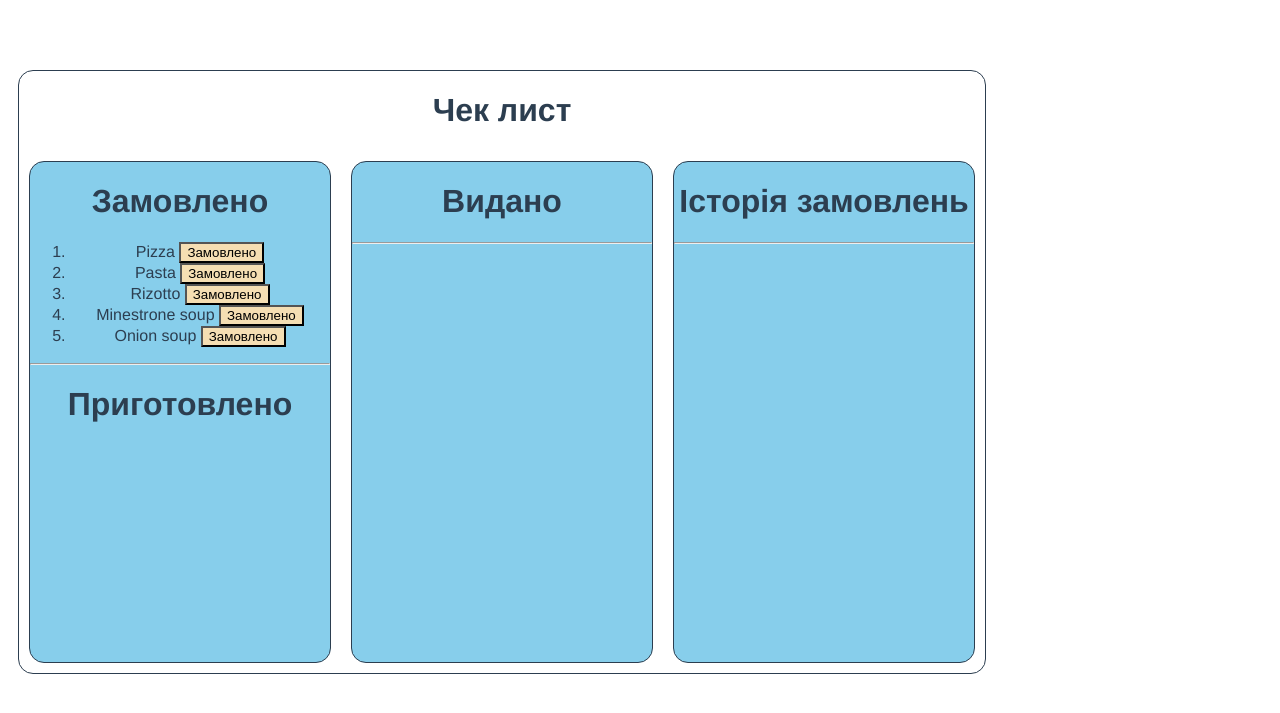
Repository: Salexandraa/HOME_Subotina
Page: / (app in order-list/)
These files come from the project's save history. The page is drawn as it stood at one moment and after the next save; the edit follows.
The browser window is 1280 px wide. The pictures show the whole page.
The project was rebuilt for these pictures with package versions that can differ from the ones it lists, and the page was loaded fresh each time.

Above is the page before, as saved 2020-10-10 16:51:43.

### order-list/src/App.vue
<template>
  <div id="app">
  <!-- <reserved :listDishes= "dishesList"
  title='Замовлено'
  />
  <order-issued title="Видано"/>
  <history title="Історія замовлень"/> -->
  <check-list title="Чек лист"/>
  </div>
</template>

<script>
//import Reserved from "./components/CheckList/Reserved";
//import dishesList from "../settings"
//import OrderIssued from "./components/CheckList/OrderIssued"
//import History from "./components/CheckList/History"
import CheckList from "./components/CheckList"
export default {
  name: "App",
  components: {
    //Reserved,
   //OrderIssued,
    //History,
    CheckList
  },
  data() {
    return {
    //  dishesList
      // dishesList: [
      //   {
      //     id: 1,
      //     name: "Pizza",
      //   },
      //    {
      //     id: 2,
      //     name: "Pasta",
      //   },
      //    {
      //     id:3,
      //     name: "Rizzoto",
      //   },
      //    {
      //     id: 4,
      //     name: "Minestrone soup",
      //   },
      //    {
      //     id:5,
      //     name: "Onion soup",
      //   },
      // ],
    };
  },
};
</script>

<style>
#app {
  font-family: Avenir, Helvetica, Arial, sans-serif;
  -webkit-font-smoothing: antialiased;
  -moz-osx-font-smoothing: grayscale;
  /* text-align: center; */
  color: #2c3e50;
  margin-top: 60px;
}
</style>

### order-list/src/components/CheckList/index.vue
<template>
  <div class="container">
    <div>
      <h1>{{ title }}</h1>
    </div>
    <div>
      <reserved title="Замовлено"
      title2="Приготовлено"
      :listDishes="dishesList"
      :listDishesPrepare="listDishesPrepare"
      @prepare="Prepared"  />

      <order-issued
       title="Видано"
       :listDishes2="dishesList2"
       @issued="Issued"/>

      <history
       title="Історія замовлень"
       :listDishes3="dishesList3" />
    </div>
  </div>
</template>

<script>
import Reserved from "./Reserved";
import OrderIssued from "./OrderIssued";
import History from "./History";
import dishesList from "../../../settings"
export default {
  name: "CheckList",
  components: {
    Reserved,
    OrderIssued,
    History,
  },
  props: {
    title: {
      type: String,
      default: "",
    },
    },
    data() {
        return {
            dishesList,
            listDishesPrepare:[],
            dishesList2: [],
            dishesList3: []
        }
        },
        methods: {
          Prepared(index) {
            this.dishesList2.push(this.listDishesPrepare[index])
          },
           Issued(index) {
             this.dishesList3.push(this.dishesList2[index])
          },


  },
};
</script>

<style lang="css" scoped>
.container {
  border: 1px solid;
  border-radius: 15px;
  text-align: center;
  display: inline-block;
  vertical-align: middle;
  margin: 10px;
}
</style>

### order-list/src/components/CheckList/Reserved/index.vue
<template>
  <div class="container">
    <div>
      <h1>{{ title }}</h1>
    </div>
    <div>
      <ol>
        <li
          v-for="(item, ind) in listDishes"
          :key="ind"
          :v-model="selectedDish"
        >
          {{ item.name }}
          <button class="checkIn" @click="orderDish(selectedDish)">
            Замовлено
          </button>
        </li>
      </ol>
    </div>
    <hr />
    <div>
      <h1>{{ title2 }}</h1>
    </div>
    <div>
      <ol>
        <li v-for="(item, ind) in listDishesPrepare" :key="ind">
          {{ item.name }}
          <button class="checkIn" @click="$emit('prepare', index)">
            Приготовлено
          </button>
        </li>
      </ol>
    </div>
  </div>
</template>

<script>
export default {
  name: "Reserved",
  props: {
    listDishes: {
      type: Array,
      default: () => [],
    },
    listDishesPrepare: {
      type: Array,
      default: () => [],
    },
    title: {
      type: String,
      default: "",
    },
    title2: {
      type: String,
      default: "",
    },
},
//    data() {
//        return {
//            selectedDish: ''
//        }
//    },

    // methods: {
    //   orderDish(dish) {
    //     this.listDishesPrepare.push(dish);
    //   },
    // },

};
</script>

<style lang="css" scoped>
.container {
  width: 300px;
  height: 500px;
  border: 2px solid;
  border-radius: 15px;
  background-color: skyblue;
}
.checkIn {
  background-color: wheat;
}
</style>

### order-list/src/components/CheckList/OrderIssued/index.vue
<template>
  <div class="container">
    <div>
      <h1>{{ title }}</h1>
    </div>
    <div>
      <ol>
        <li v-for="(item , ind) in listDishes2" :key="ind">
          {{item.name}}
          <button class="checkIn" @click="$emit('issued',index)">Видано</button>
        </li>
      </ol>
    </div>
    <hr>
  </div>
</template>

<script>

export default {
  name: "OrderIssued",

  props: {
    title: {
      type: String,
      default: "",
    },
      listDishes2:{
        type:Array,
        default:()=>[]
      }
  },
};
</script>

<style lang="css" scoped>
.container {
  width: 300px;
  height: 500px;
  border: 2px solid;
  border-radius: 15px;
  background-color: skyblue;
}
.checkIn{
    background-color: wheat;
}
</style>

### order-list/src/components/CheckList/History/index.vue
<template>
    <div class="container">
   <div>
      <h1>{{ title }}</h1>
    </div>
    <div>
      <ol>
        <li v-for="(item,ind ) in listDishes3" :key="ind">
          {{item.name}}
        </li>
      </ol>
    </div>

    <hr>
    </div>
</template>

<script>
    export default {
        name: "History",
        props: {
            title: {
                type: String,
                default: ""
            },
             listDishes3: {
                type: Array,
                default: ()=>[]
            },

        },
    }
</script>

<style lang="css" scoped>
.container {
  width: 300px;
  height: 500px;
  border: 2px solid;
  border-radius: 15px;
  background-color: skyblue;
}

</style>

### order-list/settings.js
//export default ["Pizza","Pasta","Rizotto","Minestrone soup","Onion soup"]
export default [
    {
      id: 1,
      name: "Pizza",
    },
     {
      id: 2,
      name: "Pasta",
    },
     {
      id:3,
      name: "Rizotto",
    },
     {
      id: 4,
      name: "Minestrone soup",
    },
     {
      id:5,
      name: "Onion soup",
    }
  ]

Loaded but not shown: order-list/public/index.html (common file); order-list/src/main.js (common file)

After the next save:
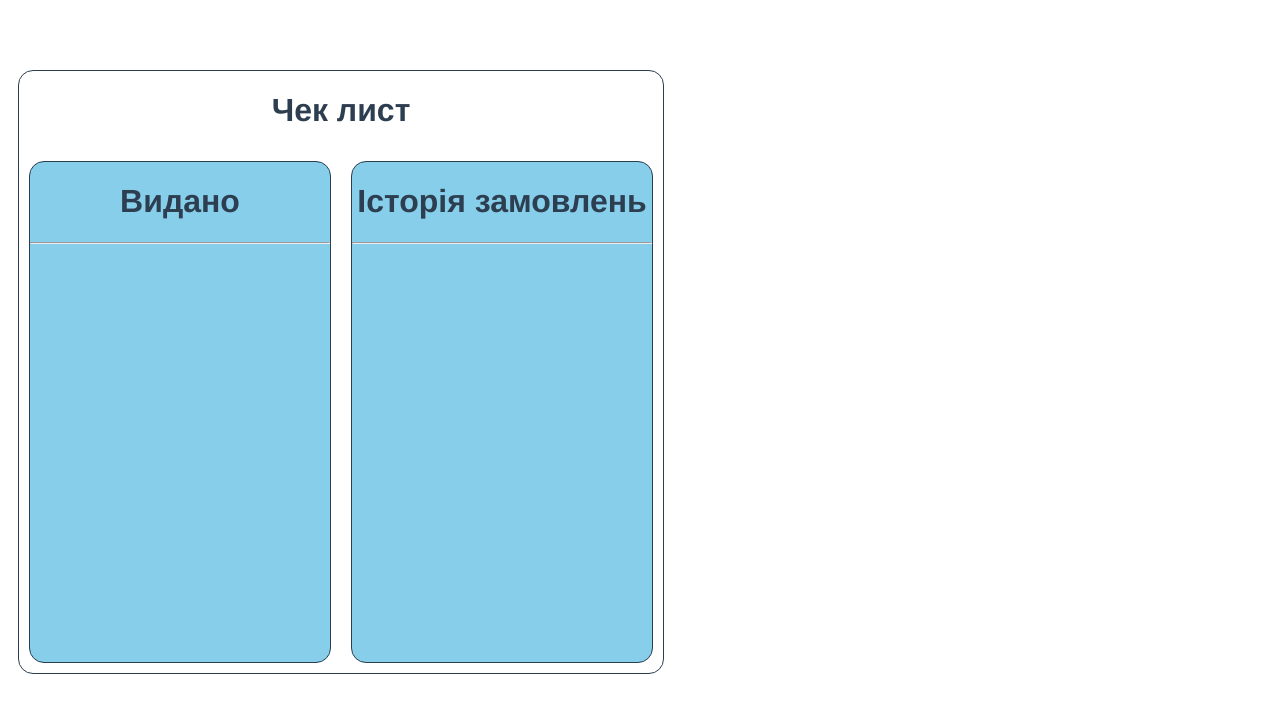
Saved 46 s later.
--- a/order-list/src/components/CheckList/Reserved/index.vue
+++ b/order-list/src/components/CheckList/Reserved/index.vue
@@ -8,10 +8,10 @@
         <li
           v-for="(item, ind) in listDishes"
           :key="ind"
-          :v-model="selectedDish"
+          <!-- :v-model="selectedDish" -->
         >
           {{ item.name }}
-          <button class="checkIn" @click="orderDish(selectedDish)">
+          <button class="checkIn" @click="$emit('selected', index)">
             Замовлено
           </button>
         </li>

After the save that followed:
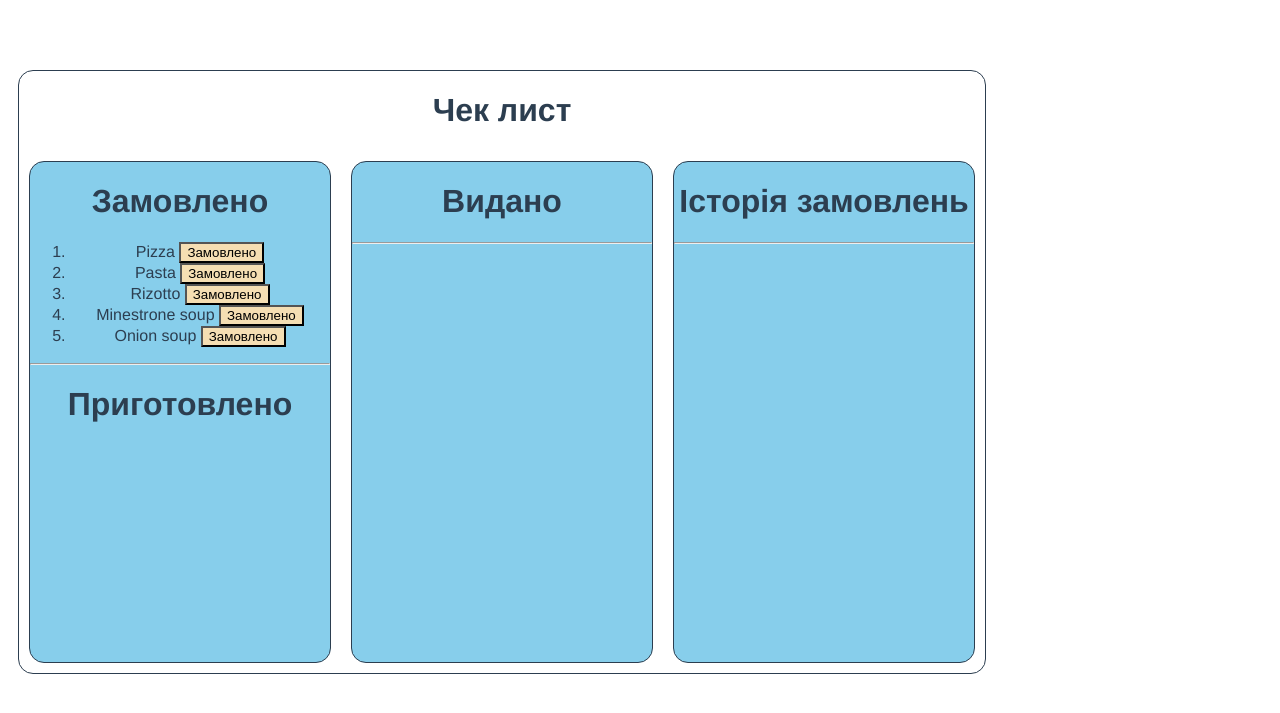
Saved 5 s later.
--- a/order-list/src/components/CheckList/Reserved/index.vue
+++ b/order-list/src/components/CheckList/Reserved/index.vue
@@ -8,7 +8,7 @@
         <li
           v-for="(item, ind) in listDishes"
           :key="ind"
-          <!-- :v-model="selectedDish" -->
+
         >
           {{ item.name }}
           <button class="checkIn" @click="$emit('selected', index)">
